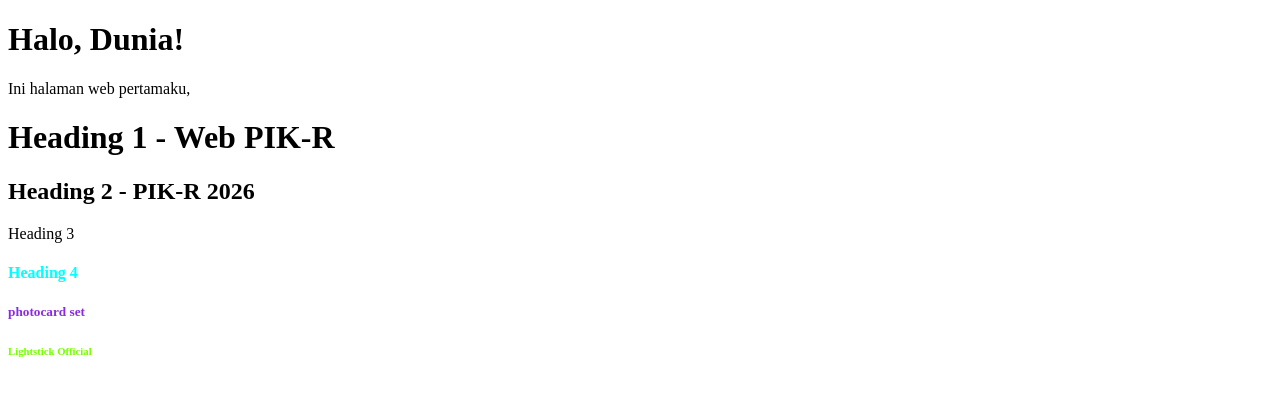
Repository: sekartazivi/241552010020-Web-Application-Development
Page: test.html
An editor plug-in stored every save of this project. The page is shown before and after the next save, followed by the edit.
The browser window is 1280 px wide. The pictures show the whole page.

Above is the page before, as saved 2026-02-20 08:33:48.

### test.html
<!DOCTYPE html>
<html lang="en">
<head>
    <meta charset="UTF-8">
    <meta name="viewport" content="width=device-width, initial-scale=<,>">
    <title>Document</title>
</head>
<body>
    <h1>Halo, Dunia!</h1>
    <p>Ini halaman web pertamaku,</p>
    <h1>Heading 1 - Web PIK-R</h1>
    <h2>Heading 2 - PIK-R 2026</h2>
    <h3 style="color: ;"></h3>Heading 3</h3>
    <h4 style="color: aqua;" >Heading 4</h4>
    <h5 style="color: blueviolet;">photocard set</h5>
    <h6 style="color: rgb(119, 255, 0);">Lightstick Official</h6>
</body>
</html>

After the next save:
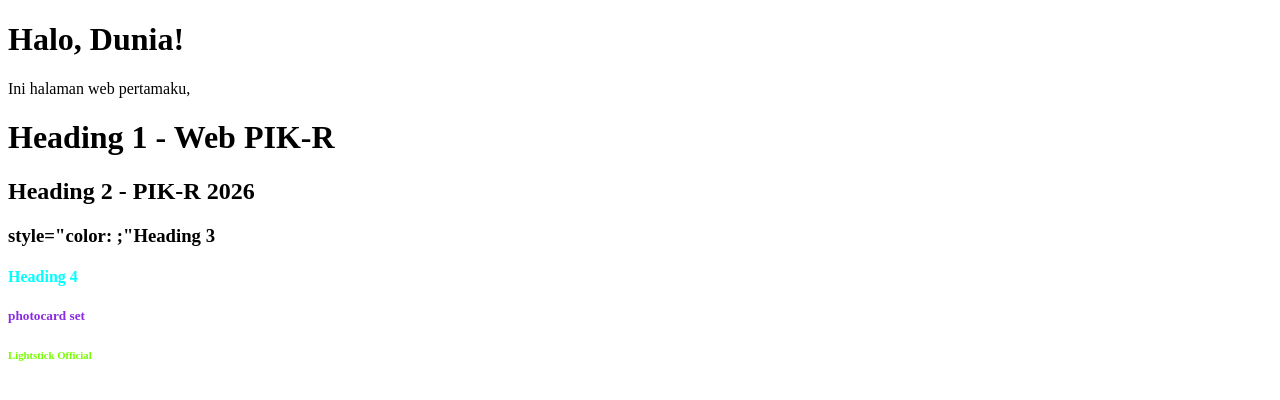
Saved 14 s later.
--- a/test.html
+++ b/test.html
@@ -10,7 +10,7 @@
     <p>Ini halaman web pertamaku,</p>
     <h1>Heading 1 - Web PIK-R</h1>
     <h2>Heading 2 - PIK-R 2026</h2>
-    <h3 style="color: ;"></h3>Heading 3</h3>
+    <h3>style="color: ;"Heading 3</h3>
     <h4 style="color: aqua;" >Heading 4</h4>
     <h5 style="color: blueviolet;">photocard set</h5>
     <h6 style="color: rgb(119, 255, 0);">Lightstick Official</h6>
